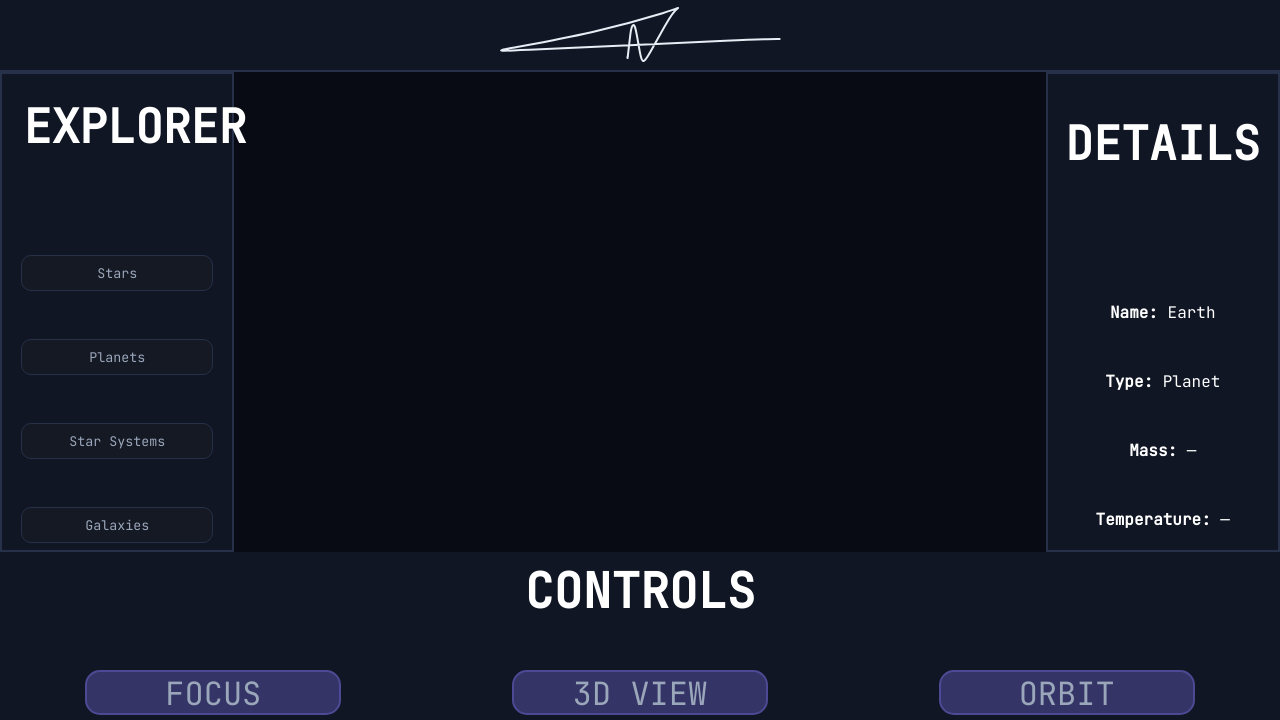
Repository: nico-madruga/Universe
Page: front-end/html/index.html
These files come from the project's save history. The page is drawn as it stood at one moment and after the next save; the edit follows.
The browser window is 1280 px wide. The pictures show the whole page.

Above is the page before, as saved 2026-10-01 15:43:56.
Console error: SyntaxError: Unexpected identifier 'popup'

### front-end/html/index.html
<!DOCTYPE html>
<html lang="en">
<head>
    <meta charset="UTF-8">
    <meta name="viewport" content="width=device-width, initial-scale=1.0">
    <link href='https://fonts.googleapis.com/css?family=JetBrains Mono' rel='stylesheet'>
    <link rel="stylesheet" href="../css/style.css">
    <title>Universe</title>

    <link rel="stylesheet" href="../css/style.css">
</head>

<body>

    <header>
        <img src="/front-end/imgs/Vector 1.svg">
    </header>


    <main class="layout">

        <aside class="sidebar">

            <h2>EXPLORER</h2>

            <nav>
                <button id="stars-button" class="standard_button">Stars</button>
                <button id="planets-button" class="standard_button">Planets</button>
                <button id="systems-button" class="standard_button">Star Systems</button>
                <button id="galaxies-button" class="standard_button">Galaxies</button>
            </nav>

        </aside>

                <div class="star star-1"></div>
                <div class="star star-2"></div>
                <div class="star star-3"></div>

                <div class="planet"></div>

            <section class="object-info">

                <h2>DETAILS</h2>

                <div class="info-grid">

                    <p>
                        <strong>Name:</strong>
                        Earth
                    </p>

                    <p>
                        <strong>Type:</strong>
                        Planet
                    </p>

                    <p>
                        <strong>Mass:</strong>
                        —
                    </p>

                    <p>
                        <strong>Temperature:</strong>
                        —
                    </p>

                </div>

            </section>

        </section>

    </main>

    <section id="pop-up" class="pop-up">
        <div id="pop-up-content" class="pop-up-content">
        </div>
    </section>

    <footer class="controls">
        <h2>CONTROLS</h2>

        <div class="control-buttons">
            <button class="control-button">FOCUS</button>
            <button class="control-button">3D VIEW</button>
            <button class="control-button">ORBIT</button>
        </div>
    </footer>
<script src="/front-end/js/main.js"></script>
</body>
</html>

### front-end/css/style.css
:root
{
    --background-color: #101624;
    --backgroundf-color: #101624AF;
    --planet-background-color: #080B14;
    --button-color: #2222224D;
    --button-border-color-hovered: #222222;
    --button-color-hovered: #263149BF;
    --panels-color: #101624;
    --panel-borders-color: #263149;
    --main-text-color: #E8ECF4;
    --secondary-text-color: #9AA6BA;
    --primary-accent-color: #4CC9F0;
    --secondary-accent-color: #8B7CFF;
    --control-button-color: #8B7CFF4D;
    --control-button-border: #8B7CFF4D;
    --control-border-hover: #F1EFFF4D;
    --highlight-color: #A9E8FF;
}

*
{
 padding: 0;
 margin: 0;
 color: white;
 font-family: 'JetBrains Mono';
}

header
{
    display: flex;
    padding: 1vh 0;
    background-color: var(--background-color);
    flex-direction: row-reverse;
    justify-content: space-evenly;
    border-bottom: 2px solid var(--panel-borders-color);
}

header input
{
    align-self: center;
    height: 2rem;
}

body
{
    background-color: var(--background-color);
}

.layout
{
    display: flex;
    justify-content: space-between;
    background-color: var(--planet-background-color);
}

.layout .sidebar
{
    display: flex;
    flex-direction: column;
    text-align: center;
    width: 18vw;
    height: 66vh;
    border: 2px solid var(--panel-borders-color);
    background-color: var(--panels-color);
}

.sidebar h2
{
    padding: 3vh;
    font-size: 2.9rem;
    font-style: normal;
}

.sidebar nav
{
    display: flex;
    flex-direction: column;
    gap: 48px;
    padding-top: 4.8rem;
}

.standard_button
{
    align-self: center;
    width: 15vw;
    height: 5vh;
    background-color: var(--button-color);
    border: 1px solid var(--panel-borders-color);
    border-style: solid;
    color: var(--secondary-text-color);
    border-radius: 10px;
}

.standard_button:hover
{
    border: 1px solid var(--button-border-color-hovered);
    background-color: var(--button-color-hovered);
    color: var(--secondary-accent-color)
}

.content
{
    display: flex;
}

.content .space
{
    background-color: var(--planet-background-color);
    width: 100%;
}

.layout .object-info
{
    display: flex;
    flex-direction: column;
    padding-top: 2.4rem;
    text-align: center;
    gap: 48px;
    width: 18vw;
    border: 2px solid var(--panel-borders-color);
    background-color: var(--panels-color);
}

.layout .object-info h2
{
    font-size: 2.9rem;
}

.layout .object-info .info-grid
{
    display: flex;
    flex-direction: column;
    padding-top: 5rem;
    gap: 48px;
    color: var(--secondary-text-color);
}

.controls
{
    display: flex;
    flex-direction: column;
    gap: 3rem;
    text-align: center;
    padding-top: 1vh;
}

.controls h2
{
    font-size: 3rem;
}

.control-buttons
{
    display: flex;
    justify-content: space-around;
}

.control-button
{
    background-color: var(--control-button-color);
    border-style: solid;
    color: var(--secondary-text-color);
    font-size: 2rem;
    border-color: var(--control-button-border);
    width: 20vw;
    height: 3.5vw;
    border-radius: 15px;
}

.control-button:hover
{
    background-color: var(--secondary-accent-color);
    border-color: var(--control-border-hover);
    color: var(--button-color-hovered);
}

#pop-up
{
    display: none;
}

#pop-up.open
{
    display: flex;
    position: fixed;
    background-color: var(--backgroundf-color);
    width: 100vw;
    height: 100vh;
    justify-content: center;
    align-items: center;
    top: 0%;
}

#pop-up-content
{
    display: flex;
    justify-content: center;
    align-items: center;
    background-color: var(--background-color);
    border: 2px solid var(--panel-borders-color);
    width: 60vw;
    height: 65vh;
}

### front-end/js/main.js
const popup = document.querySelector("#pop-up");
const popupContent = document.querySelector("#pop-up-content");
const standardButtons = document.querySelectorAll(".standard_button");
const starsButton = document.querySelector("#stars-button");
const planetsButton = document.querySelector("#planets-button");
const systemsButton = document.querySelector("#systems-button");
const galaxiesButton = document.querySelector("#galaxies-button");


standardButtons.forEach((event) => {
    switch(event.getAttribute('id'))
    {
        popup.classList.add("open");
        case 'stars-button':
            break;
        case 'planets-button':
            break;
        case 'systems-button':
            break;
        case 'galaxies-button':
            break;
    }
})

/*
starsButton.addEventListener("click", () => {
    popup.classList.add("open");
    popupContent.textContent = "Hello Stars!";
})

planetsButton.addEventListener("click", () => {
    popup.classList.add("open");

    popupContent.textContent = "Hello Planets!";
})

systemsButton.addEventListener("click", () => {
    popup.classList.add("open");

    popupContent.textContent = "Hello Systems!";
})

galaxiesButton.addEventListener("click", () => {
    popup.classList.add("open");

    popupContent.textContent = "Hello Galaxies!";
})
*/

document.addEventListener("click", (event) => {
    if(event.target === popup)
    {
        popup.classList.remove("open");
    }
})

After the next save:
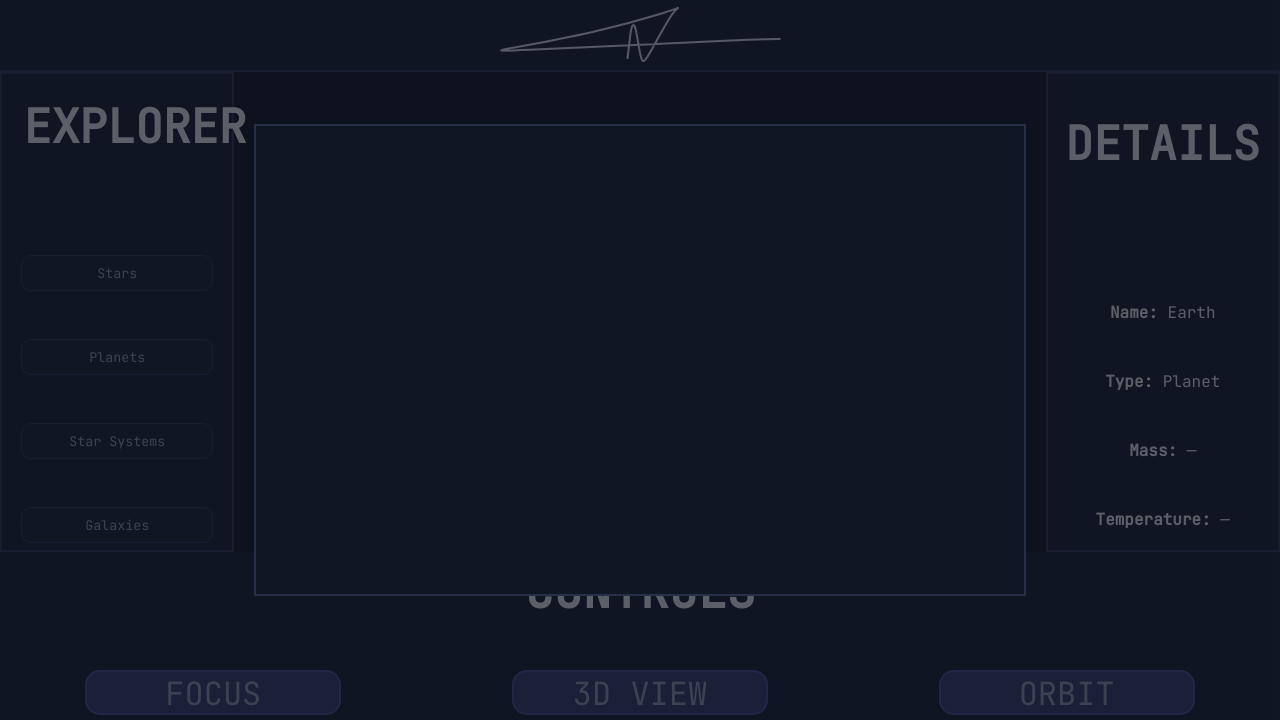
Console error: TypeError: popupContent.textContent is not a function
Saved 57 s later.
--- a/front-end/js/main.js
+++ b/front-end/js/main.js
@@ -8,16 +8,20 @@
 
 
 standardButtons.forEach((event) => {
+        popup.classList.add("open");
     switch(event.getAttribute('id'))
     {
-        popup.classList.add("open");
         case 'stars-button':
+            popupContent.textContent("yo wassup");
             break;
         case 'planets-button':
+            popupContent.textContent("you here?");
             break;
         case 'systems-button':
+            popupContent.textContent("ye im fr");
             break;
         case 'galaxies-button':
+            popupContent.textContent("thank you homie");
             break;
     }
 })

After the save that followed:
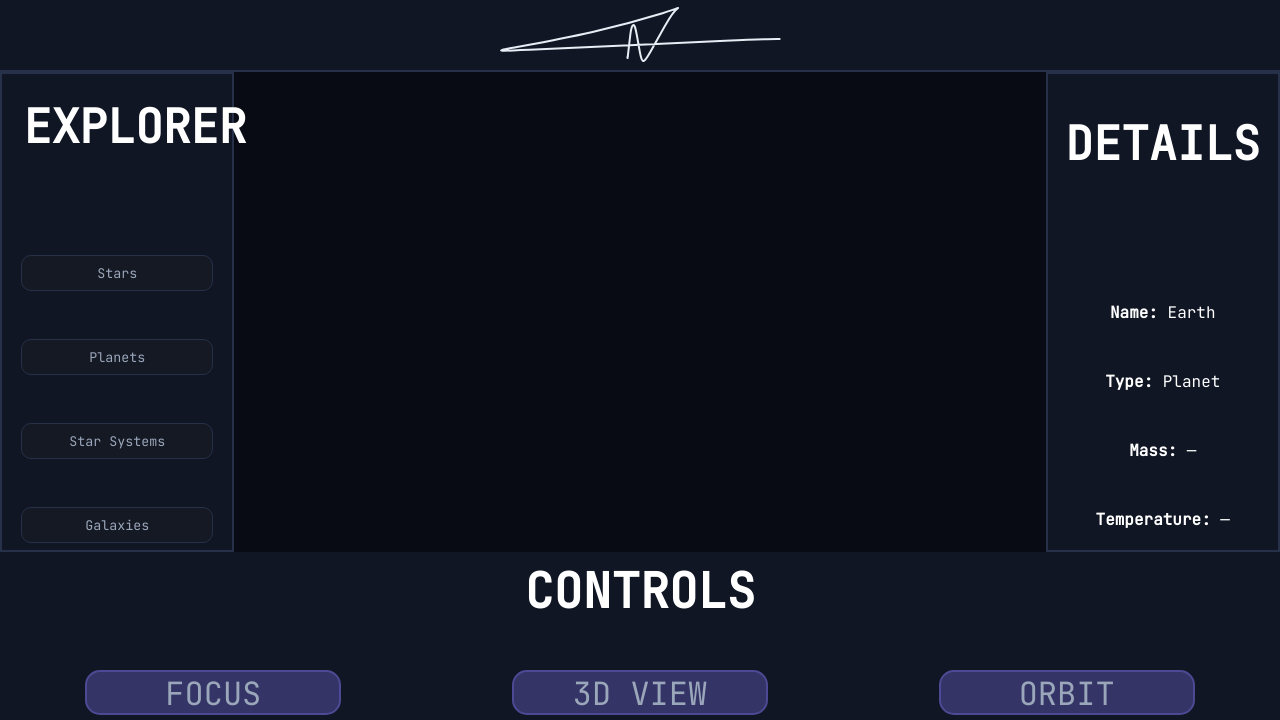
Console error: TypeError: standardButtons.addEventListener is not a function
Saved 48 s later.
--- a/front-end/js/main.js
+++ b/front-end/js/main.js
@@ -7,9 +7,10 @@
 const galaxiesButton = document.querySelector("#galaxies-button");
 
 
-standardButtons.forEach((event) => {
-        popup.classList.add("open");
-    switch(event.getAttribute('id'))
+standardButtons.forEach(() => {
+
+    standardButtons.addEventListener((event) => {
+            switch(event.getAttribute('id'))
     {
         case 'stars-button':
             popupContent.textContent("yo wassup");
@@ -24,6 +25,7 @@
             popupContent.textContent("thank you homie");
             break;
     }
+    })
 })
 
 /*
